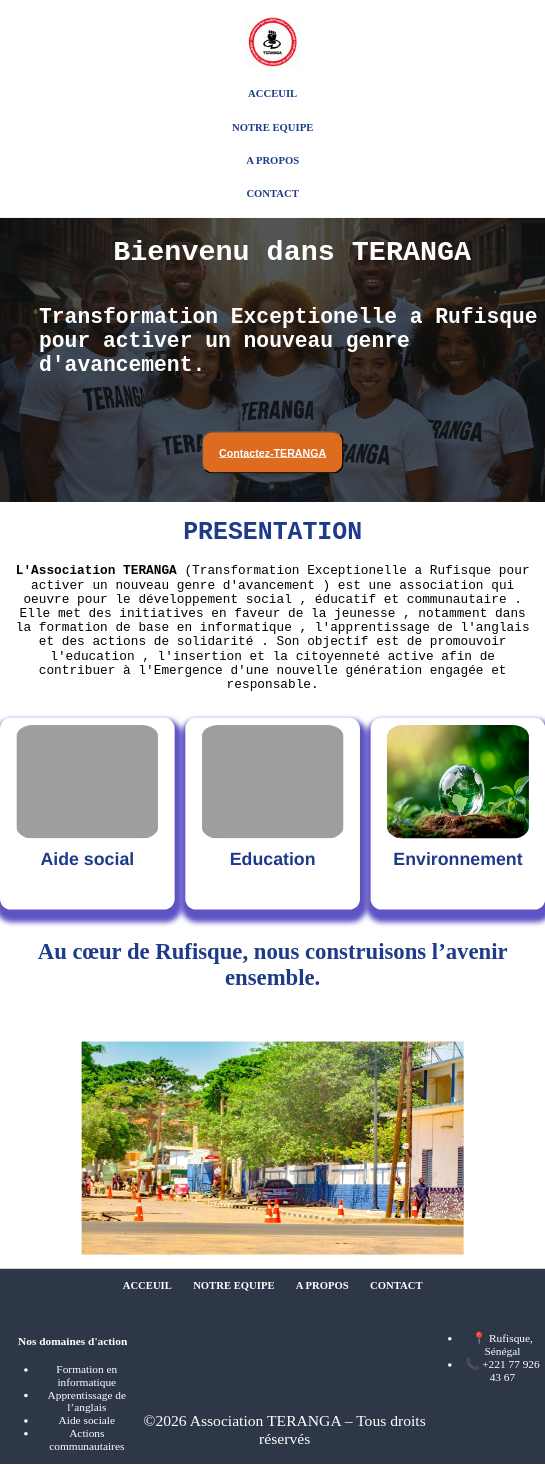
Repository: assanendao171/projet-teranga
Page: acceuil.html
These files come from the project's save history. The page is drawn as it stood at one moment and after a run of saves; the edit follows.
The browser window is 768 px wide. The pictures show the whole page, at 71% of full size.
Pictures or frames that could not be fetched are drawn as grey boxes.

Above is the page before, as saved 2026-02-13 13:10:49.

After the next 7 saves:
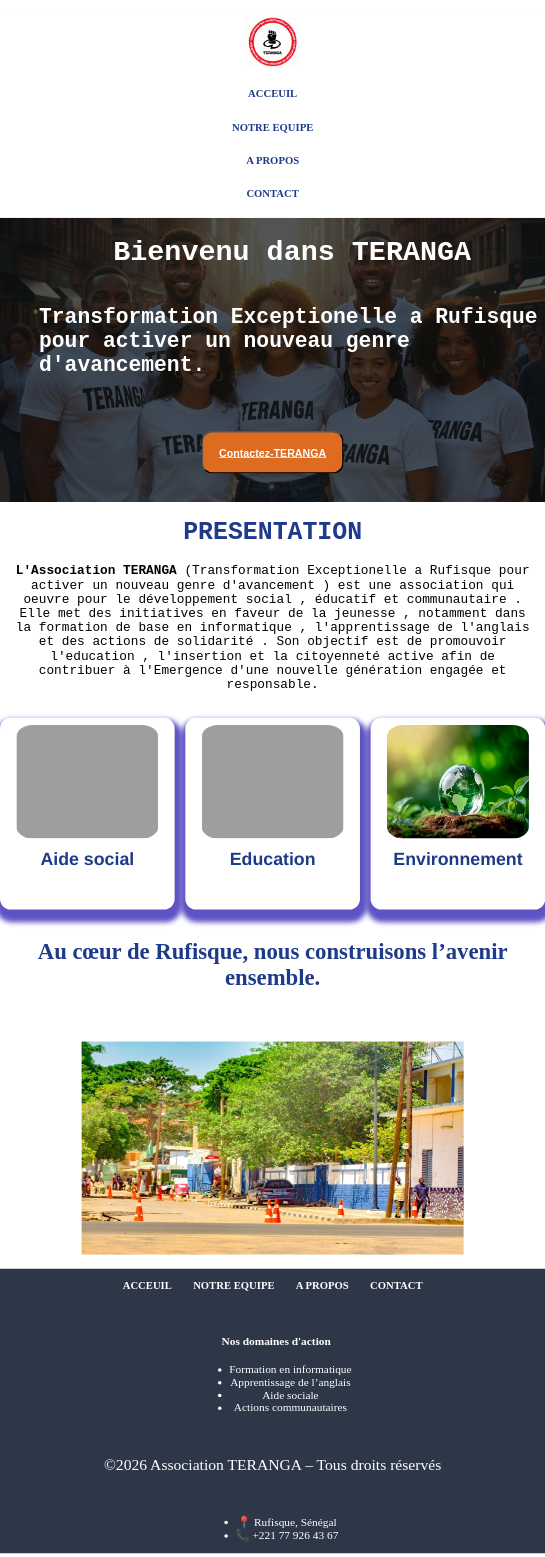
The 7 saves are shown as one change because they came seconds apart.
The last was saved 27 s later.
--- a/acceuil.css
+++ b/acceuil.css
@@ -271,9 +271,13 @@ footer {
   justify-content: center;
   align-items: center;
 }
-.btn-footer,.liste-footer,.copyright,.contact{
-   text-align:center;
-}
+.contain-footer{
+    display: flex;
+    flex-direction: column;
+    align-items: center;
+    gap: 20px;
+}
+
 .bloc-footer{
     display: flex;
     flex-direction: column;
